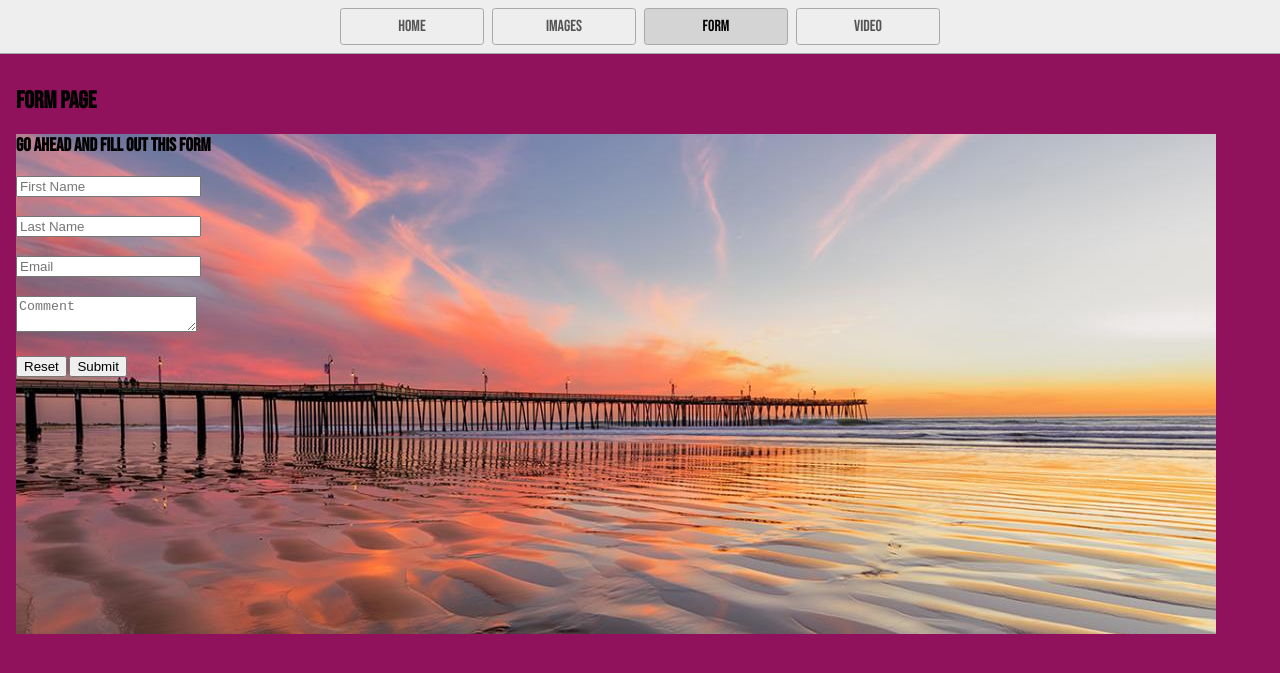
Repository: sebas6292/palmTree-Final
Page: Form.html
An editor plug-in stored every save of this project. The page is shown before and after the next save, followed by the edit.
The browser window is 1280 px wide. The pictures show the whole page.

Above is the page before, as saved 2023-05-28 12:17:01.

### Form.html
<!DOCTYPE html>
<html lang="en">
  <head>
    <title>Home</title>
    <meta charset="UTF-8" />
    <meta name="viewport" content="width=device-width" />

    <link rel="preconnect" href="https://fonts.googleapis.com">
    <link rel="preconnect" href="https://fonts.gstatic.com" crossorigin>
    <link href="https://fonts.googleapis.com/css2?family=Bebas+Neue&display=swap" rel="stylesheet">
    <link rel="stylesheet" href="styles.css" />

  </head>
  <body>
    <nav>
      <a href="/Home.html">Home</a>
      <a href="/Images.html">Images</a>
      <a href="/Form.html" aria-current="page">Form</a>
      <a href="/Video.html">Video</a>
    </nav>
    <main>
      <h1>Form page</h1>
      <div class="bg-img">
      <h3>Go ahead and fill out this form</h3>
      <form action="/Home.html" target="_blank" class="form-container">

        <input type="text" id="fname" name="fname" placeholder="First Name"><br>
        <br>
        <input type="text" id="lname" name="lname" placeholder="Last Name" ><br>
        <br>
        <input type="text" id="email" name="email" placeholder="Email"><br>
        <br>

        <textarea id="comment" placeholder='Comment' name="comment" ></textarea>
        <br>
        <br>
        <input class="btn" type="reset" value="Reset">
        <input class="btn" type="submit" value="Submit">
      </form>
    </div>
    </main>
  </body>
</html>

### styles.css
* {
    box-sizing: border-box;
  }

  body {
    margin: 0;
    font-family: 'Bebas Neue', sans-serif;
    color: black;
    background-color: white;
  }
  @keyframes body {
    0%   {background-color: white;}
    25%  {background-color: brown}
    50%  {background-color: purple;}
    100% {background-color: black;}
  }
  body {
    background-color: white;
    animation-name: body;
    animation-duration: 15s;
  }

  nav {
    display: flex;
    flex-wrap: wrap;
    align-items: center;
    justify-content: center;
    padding: 0.5rem;
    gap: 0.5rem;
    border-bottom: solid 1px #aaa;
    background-color: #eee;
  }

  nav a {
    display: inline-block;
    min-width: 9rem;
    padding: 0.5rem;
    border-radius: 0.2rem;
    border: solid 1px #aaa;
    text-align: center;
    text-decoration: none;
    color: #555;
  }

  nav a[aria-current='page'] {
    color: #000;
    background-color: #d4d4d4;
  }

  main {
    padding: 1rem;
  }

  h1 {
    font-weight: bold;
    font-size: 1.5rem;
  }

  .bg-img {
    background-image: url('/Assets/pier2.jpeg');
    width: 1200px;
    height: 500px;
  }

  .btn:hover {
    background-color: whitesmoke;
    color: red
  }

  img:hover {
    width: 300px;
  }

After the next save:
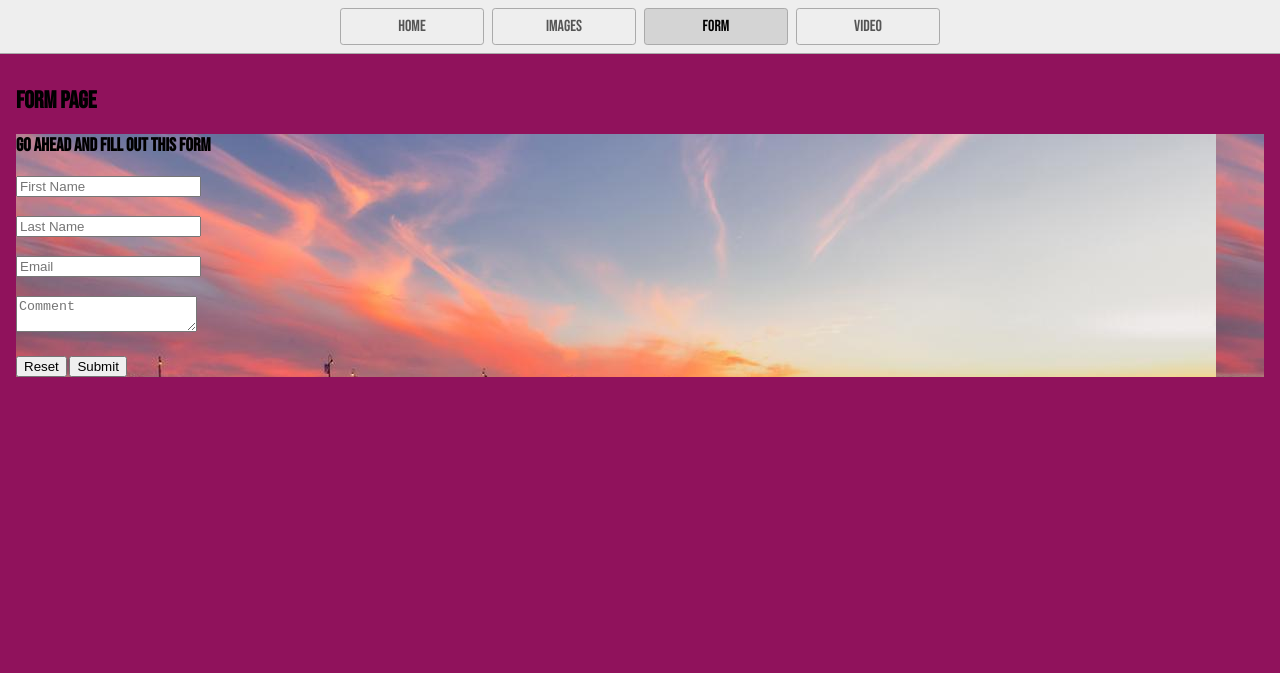
Saved 82 s later.
--- a/styles.css
+++ b/styles.css
@@ -58,8 +58,6 @@
 
   .bg-img {
     background-image: url('/Assets/pier2.jpeg');
-    width: 1200px;
-    height: 500px;
   }
 
   .btn:hover {
